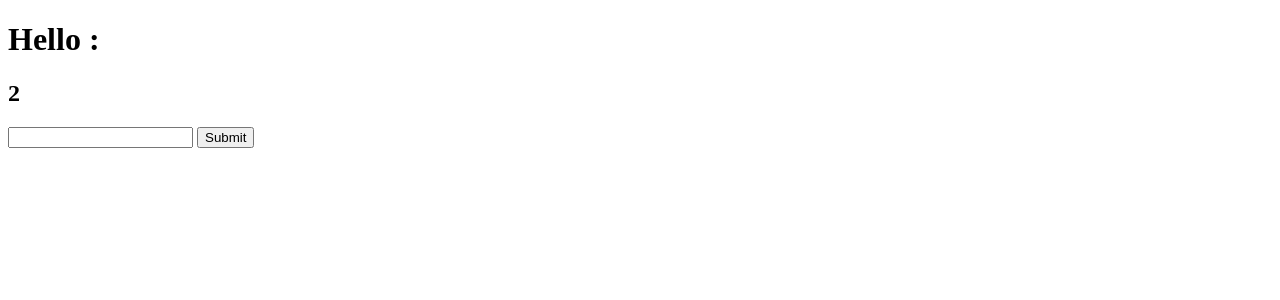
Repository: imrangthub/BlogUsingCoreJava
Page: http://localhost/StartingJsp_00/ExpressionLanguageOfJsp/templateText.jsp
An editor plug-in stored every save of this project. The page is shown before and after the next save, followed by the edit.
The browser window is 1280 px wide. The pictures show the whole page.
The page is served by Tomcat 9.

Above is the page before, as saved 2016-12-25 13:05:33.

After the next save:
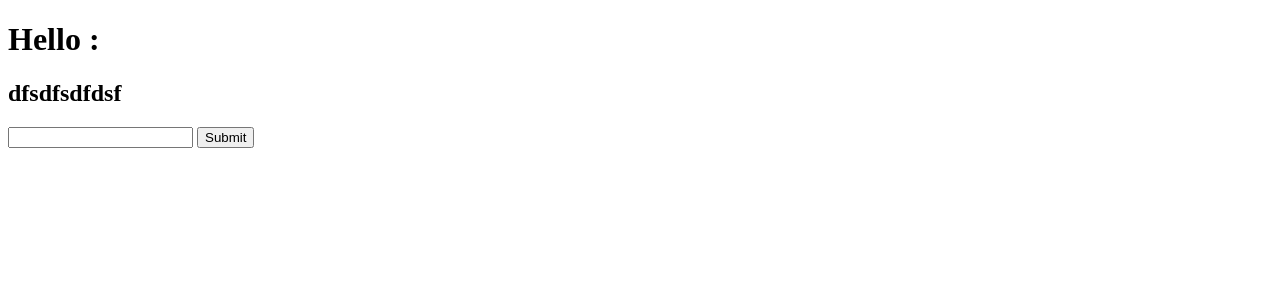
Saved 31 s later.
--- a/StartingJsp_00/WebContent/ExpressionLanguageOfJsp/templateText.jsp
+++ b/StartingJsp_00/WebContent/ExpressionLanguageOfJsp/templateText.jsp
@@ -11,7 +11,7 @@
 
 
 <h1>Hello : ${param['userName'] }</h1>
-<h2>${1+1 }</h2>
+<h2>${'dfsdfsdfdsf'}</h2>
 
 <form action="templateText.jsp" method="post">
 
